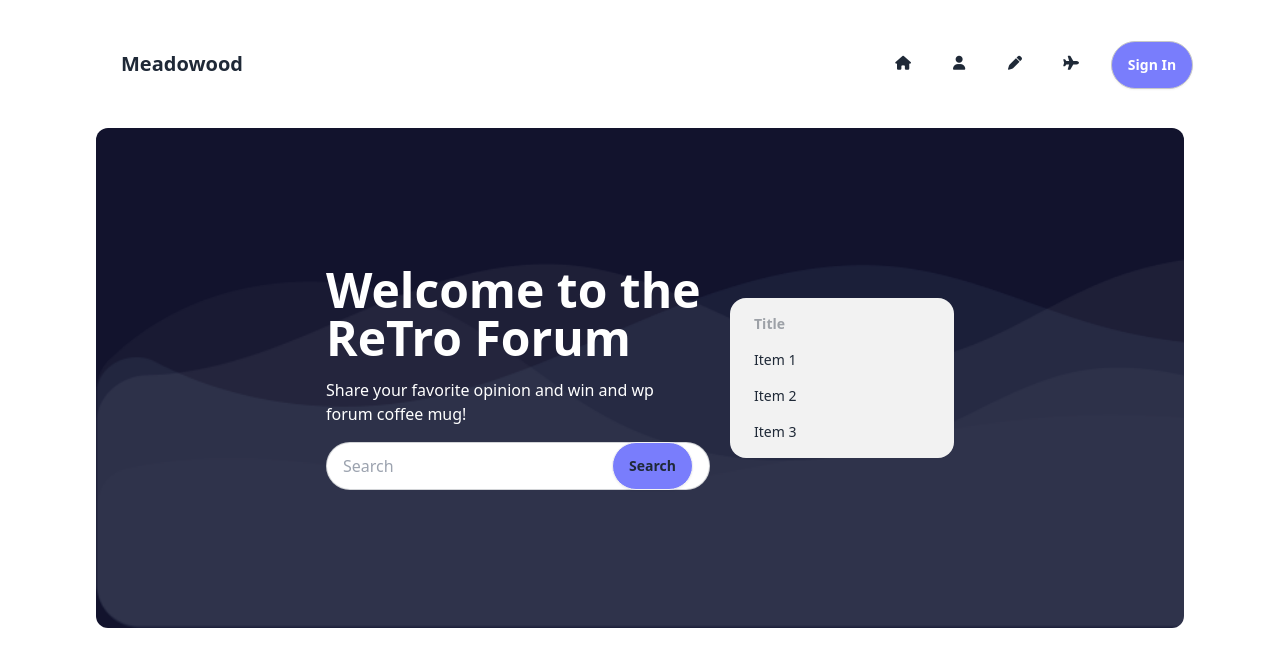
Repository: RudrasahaDibos/Meadowood-Forum
Page: index.html
These files come from the project's save history. The page is drawn as it stood at one moment and after a run of saves; the edit follows.
The browser window is 1280 px wide. The pictures show the whole page.
Some web libraries are served in a nearby version.

Above is the page before, as saved 2024-11-24 12:50:02.

After the next 2 saves:
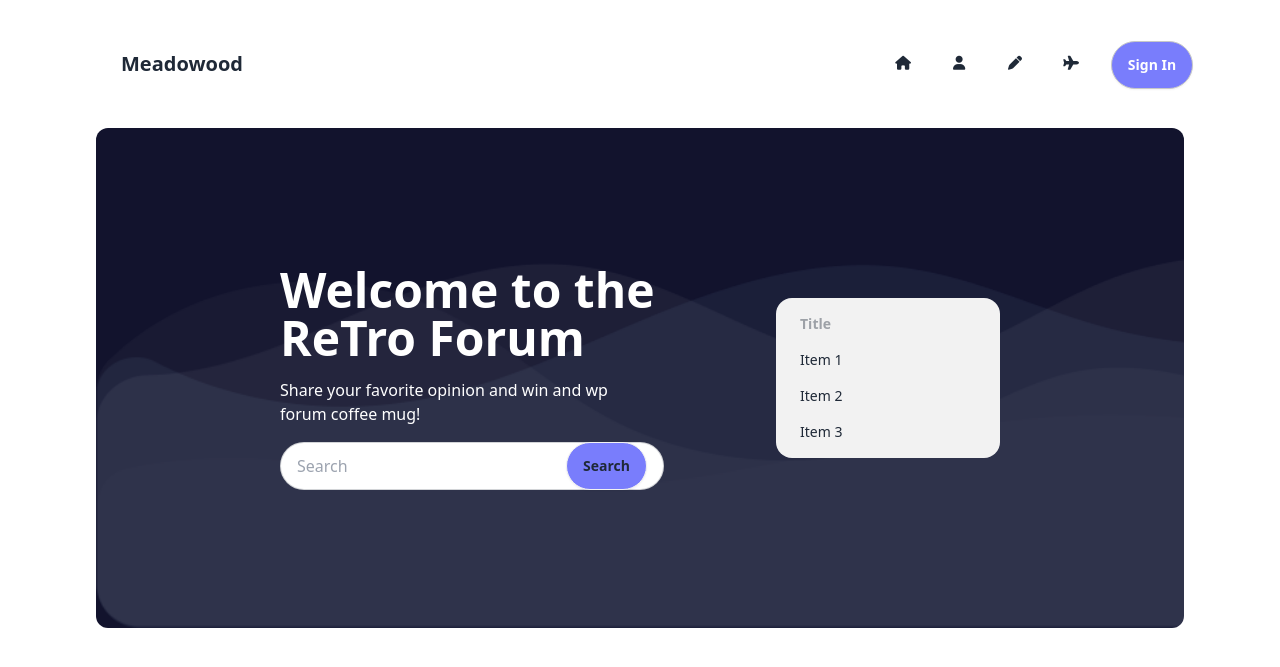
The 2 saves are shown as one change because they came seconds apart.
The last was saved 21 s later.
--- a/index.html
+++ b/index.html
@@ -71,7 +71,7 @@
 
              <!-- bannner start here  -->
              <div class="lg:w-full w-[450px] relative bg-no-repeat bg-cover h-[500px] z-0 rounded-xl overflow-hidden mt-8 bg-[#12132D]" style="background-image: url('/images/bgbanner.png');">
-                <div class="relative top-0 left-0 w-full h-full z-10  flex  justify-center items-center gap-5 ">
+                <div class="relative top-0 left-0 w-full h-full z-10  flex  justify-center items-center gap-28 ">
 
                   <div class="space-y-4">
                     <h2 class="text-5xl font-extrabold font-manrope text-white">Welcome to the <br> ReTro Forum</h2>
